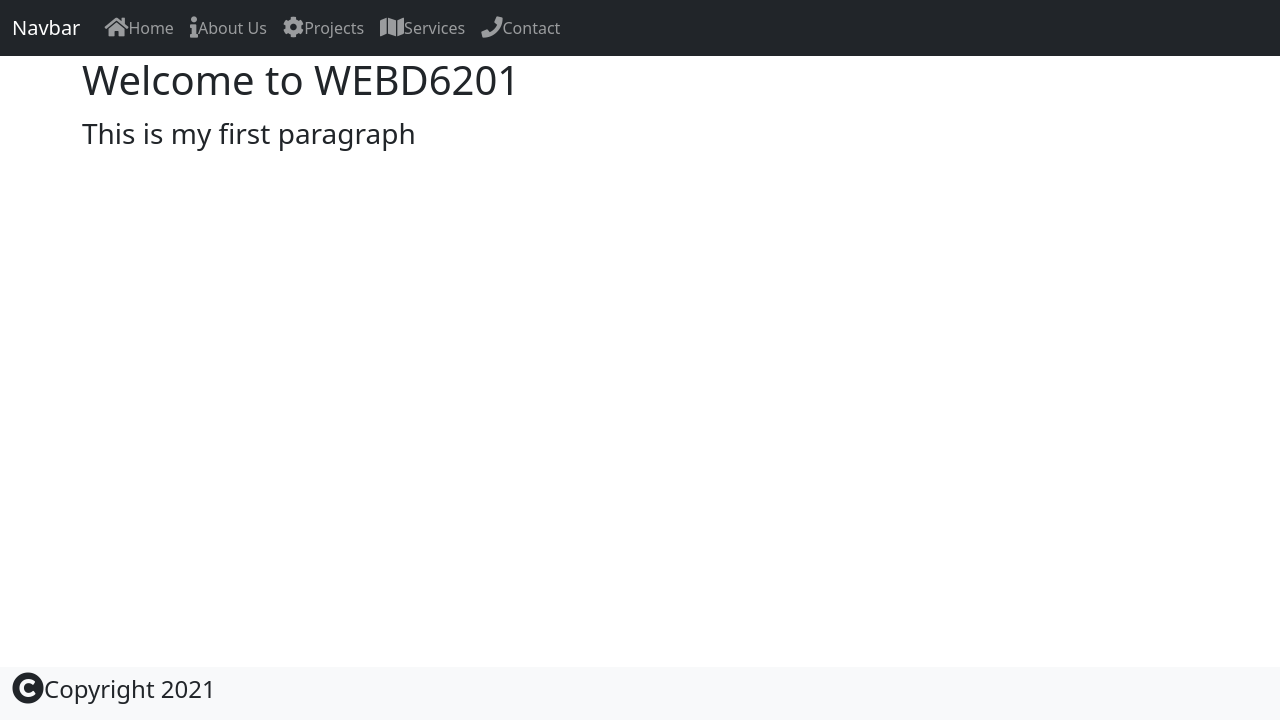
Repository: deividwsantoss/webd6201-W2021-ICE1
Page: Index.html
The author's editor kept a copy of each file at every save. The page is drawn from the files as they stood at one save, then again after the next save.
The browser window is 1280 px wide. The pictures show the whole page.

Above is the page before, as saved 2021-02-02 11:50:32.

### Index.html
<!DOCTYPE html>
<html lang="en">
<head>
    <meta charset="UTF-8">
    <meta name="viewport" content="width=device-width, initial-scale=1.0">
    <title>WEBD6201 - W2021 - ICE 1</title>
</head>
<!-- CSS SECTION -->
<link rel="stylesheet" href="./node_modules/bootstrap/dist/css/bootstrap.min.css">
<link rel="stylesheet" href="./node_modules/@fortawesome/fontawesome-free/css/all.min.css">
<link rel="stylesheet" href="./Content/app.css">

<body>
    <header>
        <nav class="navbar navbar-expand-lg navbar-dark bg-dark">
            <div class="container-fluid">
              <a class="navbar-brand" href="#">Navbar</a>
              <button class="navbar-toggler" type="button" data-bs-toggle="collapse" data-bs-target="#navbarSupportedContent" aria-controls="navbarSupportedContent" aria-expanded="false" aria-label="Toggle navigation">
                <span class="navbar-toggler-icon"></span>
              </button>
              <div class="collapse navbar-collapse" id="navbarSupportedContent">
                <ul class="navbar-nav me-auto mb-2 mb-lg-0">
                  <li class="nav-item">
                    <a class="nav-link" aria-current="page" href="#"><i class="fas fa-home fa-lg"></i>Home</a>
                  </li>
                  <li class="nav-item">
                    <a class="nav-link" aria-current="page" href="#"><i class="fas fa-info fa-lg"></i>About Us</a>
                  </li>
                  <li class="nav-item">
                    <a class="nav-link" aria-current="page" href="#"><i class="fas fa-cog fa-lg"></i>Projects</a>
                  </li>
                  <li class="nav-item">
                    <a class="nav-link" aria-current="page" href="#"><i class="fas fa-map fa-lg"></i>Services</a>
                  </li>
                  <li class="nav-item">
                    <a class="nav-link" aria-current="page" href="#"><i class="fas fa-phone fa-lg"></i>Contact</a>
                  </li>

                </ul>

              </div>
            </div>
          </nav>
    </header>
    <main class="container">

        <h1>Welcome to WEBD6201 </h1>
        <p id="paragraphOne"> </p>
    </main>

    <footer>
        <nav class="navbar fixed-bottom navbar-light bg-light">
            <div class="container-fluid">
                <h4><i class="fas fa-copyright fa-lg"></i>Copyright 2021 </h4>
            </div>
          </nav>

    </footer>
    <!-- Script Section-->
    <script src="./node_modules/jquery/dist/jquery.min.js"></script>
    <script src="./node_modules/bootstrap/dist/js/bootstrap.bundle.min.js"></script>
    <script src="./Scripts/app.js"></script>
</body>
</html>

### Scripts/app.js
/* Custom JavaScript goes here */


// IIFE -
//AKA - Anonymous self-excuting function

"use strict";

(function()
{


    function Start()
    {
        console.log("App Started...")

        let paragraphOneText = "This is a simple site to demonstrate DOM manipulation for ICE 1";
        let paragraphOneElement = document.getElementById("paragraphOne");

        //let paragraphOneParagraph = document.getElementsByTagName("p")[0];
        //let paragraphOneQuery = document.querySelector("p");
        //let paragraphOneQuerys = document.querySelectorAll("p")[0];

        paragraphOneElement.textContent = paragraphOneText;
        paragraphOneElement.className = "fs-5";

        //SECOND METHOD
        //Step 1. document.createElement
        let newParagraph = document.createElement("p");
        //configure the element
        newParagraph.setAttribute("id", "paragraphTwo");
        newParagraph.textContent = "... And this is Paragraph Two";
        //step 3. Select the parent element
        let mainContent = document.getElementsByTagName("main")[0];
        //step 4. Add / Insert the element
        mainContent.appendChild(newParagraph);

        newParagraph.className = "fs-5";

        //  Another way to insert
        let paragraphDiv = document.createElement('div');
          let paragraphThree = `<p class="fs-7 fw-bold">And this is the Third Paragraph</p>`
        paragraphDiv.innerHTML = paragraphThree;

        newParagraph.before(paragraphDiv);

        // Deletions

        //removing simple element
        // paragraphOneElement.remove();

        //example of remove child
        // mainContent.removeChild(paragraphOneElement);

        // UPDATE - MODIFICATION

        //mainContent.firstElementChild.textContent = "Welcome Home";

        mainContent.innerHTML =
        `<h1 id="firstHeading">Welcome to WEBD6201 </h1>
        <p id="paragraphOne" class="fs-3">This is my first paragraph</p>
        `


    }
    window.addEventListener("load", Start);


})();

Loaded but not shown: node_modules/bootstrap/dist/css/bootstrap.min.css (library); node_modules/@fortawesome/fontawesome-free/css/all.min.css (library); node_modules/jquery/dist/jquery.min.js (library); node_modules/bootstrap/dist/js/bootstrap.bundle.min.js (library); Content/app.css (no stored copy; drawn as an empty file)

After the next save:
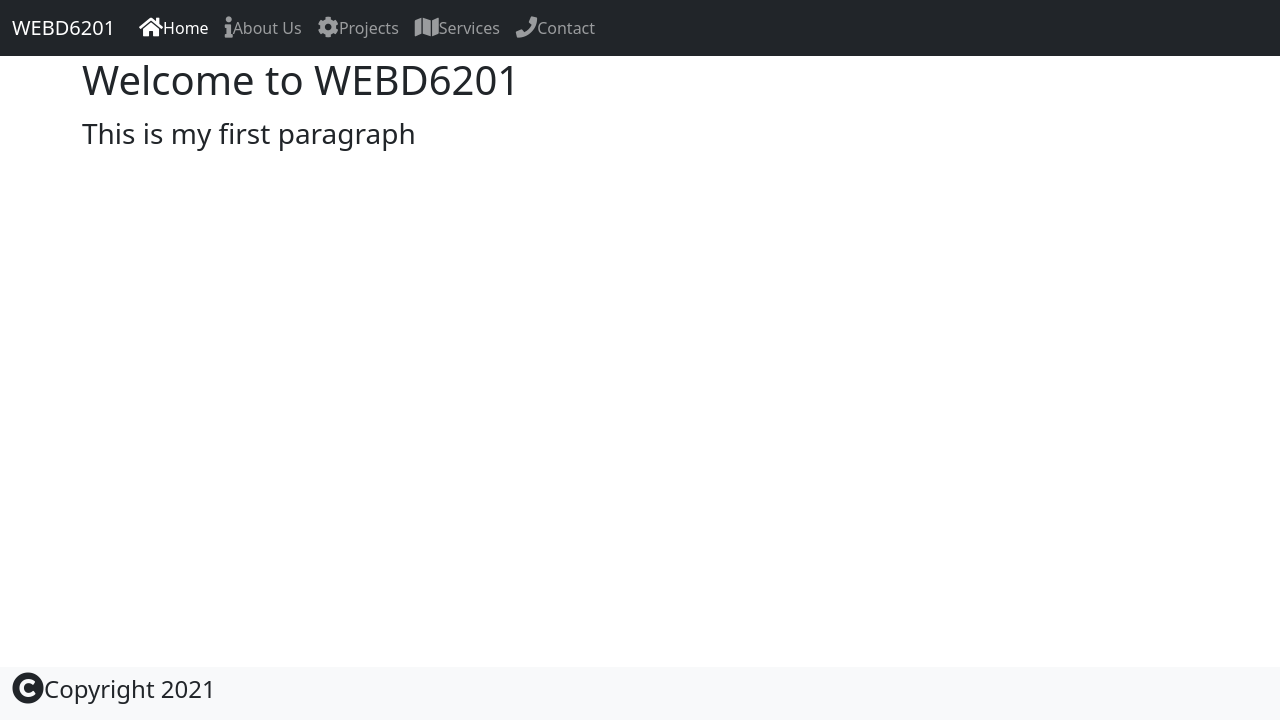
Saved 13 s later.
--- a/Index.html
+++ b/Index.html
@@ -3,7 +3,7 @@
 <head>
     <meta charset="UTF-8">
     <meta name="viewport" content="width=device-width, initial-scale=1.0">
-    <title>WEBD6201 - W2021 - ICE 1</title>
+    <title>Home</title>
 </head>
 <!-- CSS SECTION -->
 <link rel="stylesheet" href="./node_modules/bootstrap/dist/css/bootstrap.min.css">
@@ -11,29 +11,31 @@
 <link rel="stylesheet" href="./Content/app.css">
 
 <body>
+    <!-- MAIN HEADER-->
     <header>
+        <!-- Main Navegation-->
         <nav class="navbar navbar-expand-lg navbar-dark bg-dark">
             <div class="container-fluid">
-              <a class="navbar-brand" href="#">Navbar</a>
+              <a class="navbar-brand" href="Index.html">WEBD6201</a>
               <button class="navbar-toggler" type="button" data-bs-toggle="collapse" data-bs-target="#navbarSupportedContent" aria-controls="navbarSupportedContent" aria-expanded="false" aria-label="Toggle navigation">
                 <span class="navbar-toggler-icon"></span>
               </button>
               <div class="collapse navbar-collapse" id="navbarSupportedContent">
                 <ul class="navbar-nav me-auto mb-2 mb-lg-0">
                   <li class="nav-item">
-                    <a class="nav-link" aria-current="page" href="#"><i class="fas fa-home fa-lg"></i>Home</a>
+                    <a class="nav-link active" aria-current="page" href="Index.html"><i class="fas fa-home fa-lg"></i>Home</a>
                   </li>
                   <li class="nav-item">
-                    <a class="nav-link" aria-current="page" href="#"><i class="fas fa-info fa-lg"></i>About Us</a>
+                    <a class="nav-link" aria-current="page" href="about.html"><i class="fas fa-info fa-lg"></i>About Us</a>
                   </li>
                   <li class="nav-item">
-                    <a class="nav-link" aria-current="page" href="#"><i class="fas fa-cog fa-lg"></i>Projects</a>
+                    <a class="nav-link" aria-current="page" href="projects.html"><i class="fas fa-cog fa-lg"></i>Projects</a>
                   </li>
                   <li class="nav-item">
-                    <a class="nav-link" aria-current="page" href="#"><i class="fas fa-map fa-lg"></i>Services</a>
+                    <a class="nav-link" aria-current="page" href="services.html"><i class="fas fa-map fa-lg"></i>Services</a>
                   </li>
                   <li class="nav-item">
-                    <a class="nav-link" aria-current="page" href="#"><i class="fas fa-phone fa-lg"></i>Contact</a>
+                    <a class="nav-link" aria-current="page" href="contact.html"><i class="fas fa-phone fa-lg"></i>Contact</a>
                   </li>
 
                 </ul>
@@ -42,12 +44,14 @@
             </div>
           </nav>
     </header>
+    <!-- Main content-->
     <main class="container">
 
         <h1>Welcome to WEBD6201 </h1>
         <p id="paragraphOne"> </p>
     </main>
 
+    <!-- Main Footer -->
     <footer>
         <nav class="navbar fixed-bottom navbar-light bg-light">
             <div class="container-fluid">
